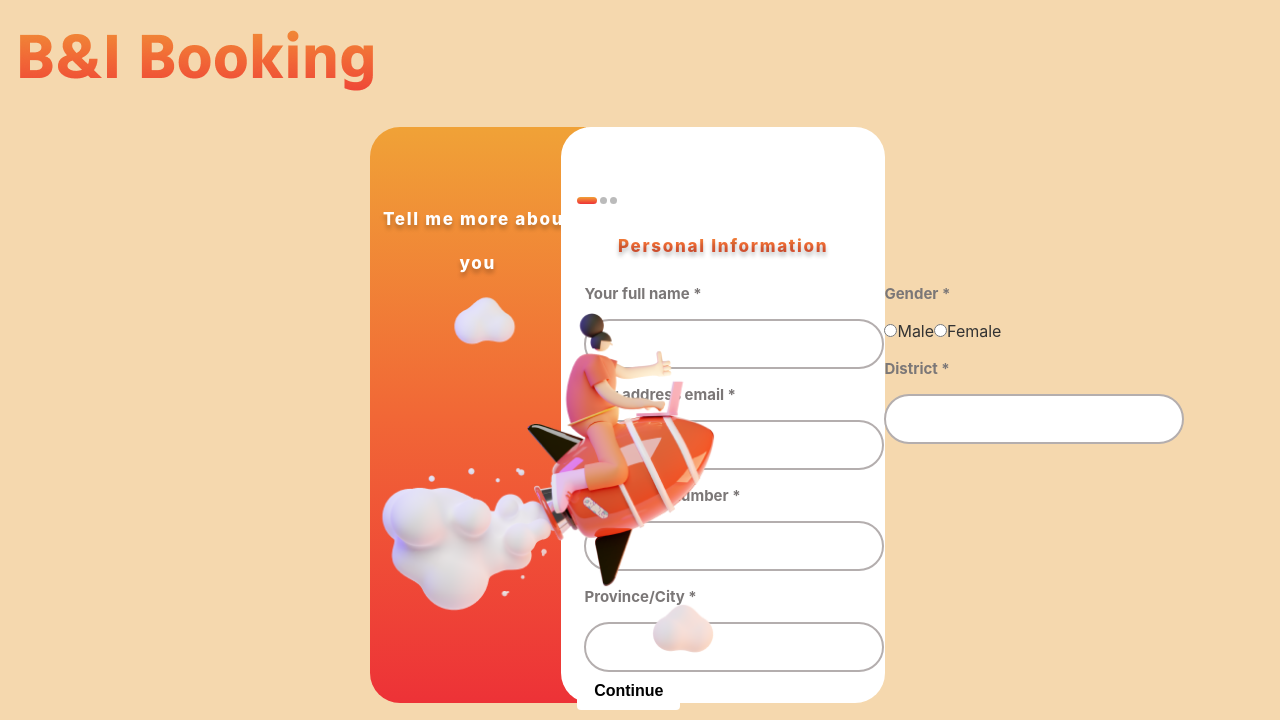
Repository: Grand-Line-PNV/FE-BIBooking
Page: /
An editor plug-in stored every save of this project. The page is shown before and after the next save, followed by the edit.
The browser window is 1280 px wide. The pictures show the whole page.
The project was rebuilt for these pictures with package versions that can differ from the ones it lists, and the page was loaded fresh each time. Also part of the build but not shown: src/App.css.

Above is the page before, as saved 2023-02-06 10:55:11.

### public/index.html
<!DOCTYPE html>
<html lang="en">

<head>
  <meta charset="utf-8" />
  <link rel="icon" href="%PUBLIC_URL%/logoBIBooking.png" />
  <meta name="viewport" content="width=device-width, initial-scale=1" />
  <meta name="theme-color" content="#000000" />
  <meta name="description" content="Web site created using create-react-app" />
  <link rel="apple-touch-icon" href="%PUBLIC_URL%/logoBIBooking.png" />
  <!--
      manifest.json provides metadata used when your web app is installed on a
      user's mobile device or desktop. See https://developers.google.com/web/fundamentals/web-app-manifest/
    -->
  <link rel="manifest" href="%PUBLIC_URL%/manifest.json" />
  <!--
      Notice the use of %PUBLIC_URL% in the tags above.
      It will be replaced with the URL of the `public` folder during the build.
      Only files inside the `public` folder can be referenced from the HTML.

      Unlike "/favicon.ico" or "favicon.ico", "%PUBLIC_URL%/favicon.ico" will
      work correctly both with client-side routing and a non-root public URL.
      Learn how to configure a non-root public URL by running `npm run build`.
    -->
  <title>B&IBooking</title>
</head>

<body>
  <noscript>You need to enable JavaScript to run this app.</noscript>
  <div id="root"></div>
  <!--
      This HTML file is a template.
      If you open it directly in the browser, you will see an empty page.

      You can add webfonts, meta tags, or analytics to this file.
      The build step will place the bundled scripts into the <body> tag.

      To begin the development, run `npm start` or `yarn start`.
      To create a production bundle, use `npm run build` or `yarn build`.
    -->
</body>

</html>

### src/App.js
import "./App.css";
import { Provider } from "react-redux";
import store from "./redux";
import { faChevronLeft } from "@fortawesome/free-solid-svg-icons";
import { FontAwesomeIcon } from "@fortawesome/react-fontawesome";
import classNames from "classnames/bind";
import Button from "./components/Button/Button";
import PersonalInformation from "../src/view/pages/Influencers/PersonalInformation/index";

const cx = classNames.bind();

function App() {
  return (
    <Provider store={store}>
      <PersonalInformation />
    </Provider>
  );
}

export default App;

### src/styles/GlobalStyles.js
import "./GlobalStyles.scss";

function GlobalStyles({ children }) {
  return children;
}
export default GlobalStyles;

### src/redux/index.js
import { configureStore } from "@reduxjs/toolkit";

const store = configureStore({
	reducer: {
	},
});

export default store;

### src/components/Button/Button.js
import classNames from "classnames/bind"
import { Link } from "react-router-dom";
import styles from './Button.module.scss'

const cx = classNames.bind(styles)

function Button({
    children,
    small=false,
    large=false,
    primary = false,
    outline = false,
    rounded= false,
    text = false,
    disabled = false,
    to, href,className,leftIcon,rightIcon, onClick, ...passProps}) {
    let Comp = 'button';
    const props = {
        onClick,
        ...passProps
    }
    //Remove event listener when btn is disabled

    if(disabled) {
        Object.keys(props).forEach(key =>{
            if(key.startsWith('on') && typeof props[key] === 'function'){
                delete props[key];
            }
        })
    }
    if(to){
        props.to = to
        Comp = Link
    }else if(href){
        props.href = href
        Comp = 'a'
    }
    const classes = cx('wrapper',{
        [className]:className,
        primary,
        outline,
        rounded,
        small,
        large,
        text,
        disabled
    })
    return (
        <Comp className={classes} {...props}>
            {leftIcon && <span className={cx('icon')}>{leftIcon}</span>}
            <span className={cx('title')}>{children}</span>
            {rightIcon && <span className={cx('icon')}>{rightIcon}</span>}

        </Comp>
    )
}

export default Button;

### src/view/pages/Influencers/PersonalInformation/index.js
import React from "react";
import classNames from "classnames/bind";
import styles from "./PersonalInformation.module.scss";
import { Logo, Saly1 } from "../../../../assets/images";
import Button from "../../../../components/Button/Button";

const cx = classNames.bind(styles);

export default function PersonalInformation() {
  return (
    <>
      <div>
        <div className={cx("personalInfor")}>
          <img
            style={{ objectFit: "cover", padding: "30px 20px" }}
            src={Logo}
            alt="LogoB&IBooking"
          />
          <div className={cx("container")}>
            <div className={cx("personalInfor-container")}>
              <div className={cx("block-left")}>
                <p className={cx("personalInfor-title")}>
                  Tell me more about you
                </p>
                <img className={cx("saly1-img")} src={Saly1} alt="Saly1" />
              </div>
              <div className={cx("block-right")}>
                <div className={cx("block-container")}>
                  <div className={cx("dots")}>
                    <span className={cx("dot", "active")}></span>
                    <span className={cx("dot")}></span>
                    <span className={cx("dot")}></span>
                  </div>
                  <div className={cx("information")}>
                    <p className={cx("information-title")}>
                      Personal Information
                    </p>
                    <form className={cx("form")}>
                      <div className={cx("form-control-left")}>
                        <div className={cx("form-group")}>
                          <label className={cx("form-label")}>Your full name *</label>
                          <input className={cx("form-input")} type="email" required />
                        </div>
                        <div className={cx("form-group")}>
                          <label className={cx("form-label")}>Your address email *</label>
                          <input className={cx("form-input")} type="email" required />
                        </div>
                        <div className={cx("form-group")}>
                          <label className={cx("form-label")}>Your phone number *</label>
                          <input className={cx("form-input")} type="email" required />
                        </div>
                        <div className={cx("form-group")}>
                          <label className={cx("form-label")}>Province/City *</label>
                          <input className={cx("form-input")} type="email" required />
                        </div>
                      </div>
                      <div className={cx("form-control-right")}>
                        <div className={cx("form-group")}>
                          <label className={cx("form-label")}>Gender *</label>
                          <div className={cx("input-radio")}>
                            <input type="radio" required />
                            <label>Male</label>
                            <input type="radio" required />
                            <label>Female</label>
                          </div>
                        </div>
                        <div className={cx("form-group")}>
                          <label className={cx("form-label")}>District *</label>
                          <input className={cx("form-input")} type="email" required />
                        </div>
                      </div>
                    </form>
                    <Button>Continue</Button>
                  </div>
                </div>
              </div>
            </div>
          </div>
        </div>
      </div>
    </>
  );
}

### src/styles/GlobalStyles.scss
:root{
    --white:  rgba(255, 255, 255, 1.0);
    --primary: #fe2c55;
    --black: #000;
    --text-color: #333;
}
*{
    margin: 0;
    padding: 0;
    box-sizing: border-box;
}
html{
    font-size:62.5%;
}
body{
    text-rendering: optimizeSpeed;
    font-family: 'ProximaNova', sans-serif;
    font-size: 1.6rem;
    line-height: 1.5;
    color: var(--text-color)
}
button, input,[tabindex]{
    outline: none;
    border: none;
}
a[href]{
    color: var(--text-color);
    text-decoration: none
}

### src/components/Button/Button.module.scss
.wrapper{
    display: inline-flex;
    align-items: center;
    justify-content: center;
    font-size: 1.6rem;
    font-weight:700;
    font-family: 'ProximaNova', sans-serif;
    min-width: 100px;
    padding: 9px 16px;
    border-radius: 4px;
    cursor: pointer;
    background-color: var(--white);
    border: 1px solid transparent;
    user-select: none;

    + .wrapper{
        margin-left:8px;
    }
    &.disabled{
        pointer-events: none;
        opacity: 0.6;
    }
}
//Button types
.rounded{
    border-radius:999px;
    border-width: 1px;
    border-style: solid;
    box-shadow: 0 2px 8px rgb(0 0 0 / 6%);
    border-color: rgba(22, 24, 35, 0.12);

    &:hover{
        border-color: rgba(22, 24, 35, 0.2);
        background-color: rgba(22, 24, 35, 0.03);
    }
}

.primary{
    color: var(--white);
    background-color: var(--primary);
    border-color: var(--primary);
    &:hover{
        border-color: var(--primary);
        background: linear-gradient(0deg, rgba(0, 0, 0, 0.06), rgba(0, 0, 0, 0.06)),#FE2C55;
    }
}
.outline{
    color: var(--primary);
    border-color: currentColor;
    &:hover{
        border-color: currentColor;
        background-color: rgba(254, 44, 85, 0.06);
    }
}
.text{
    &:hover{
        text-decoration: underline;
    }
}
//Disabled

// Button sizes
.small{
    min-width: 88px;
    padding: 4px 16px;
}
.large{
    padding: 14px 16px;
    min-width: 140px;
}
.icon + .title, .title + .icon{
    margin-left: 8px;
}
.icon{
    display: inline-block;
    width: 24px;
    text-align: center;
}

### src/view/pages/Influencers/PersonalInformation/PersonalInformation.module.scss
:root {
  // color
  --Wheat-color: #f5d8ae;
  --SonicSilver-color: #7b7777;
  --Linear-orange-color: linear-gradient(
    180deg,
    #f0a237 0%,
    #f16736 50.31%,
    #ed3237 100%
  );
  --Inter-font-family: "Inter", sans-serif;
}
.personalInfor {
  width: 100%;
  height: 100vh;
  background-color: var(--Wheat-color);
  font-family: var(--Inter-font-family);
  & .container {
    width: 65%;
    // height: 50vh;
    // background-color: white;
    margin: 0 auto;
    border-radius: 20px;
    & .personalInfor-container {
        width: 65%;
        margin: 0 auto;
      height: 80vh;
      display: flex;
      position: relative;
      & .block-left {
        width: 40%;
        background: var(--Linear-orange-color);
        text-align: center;
        border-top-left-radius: 30px;
        border-bottom-left-radius: 30px;
        & .personalInfor-title {
          padding-top: 70px;
          font-style: normal;
          font-weight: 800;
          font-size: 17px;
          line-height: 44px;
          letter-spacing: 0.1em;
          color: #ffffff;
          text-shadow: 0px 4px 4px rgba(0, 0, 0, 0.25);
        }
        & .saly1-img {
          width: 42rem;
          object-fit: cover;
          position: absolute;
          z-index: 1;
          bottom: 0;
          left: 0;
          transform: translateX(-75px);
        }
      }
      & .block-right {
        width: 60%;
        background-color: white;
        border-radius: 30px;
        transform: translateX(-25px);
        & .block-container {
          width: 90%;
          height: 65vh;
          margin: 0 auto;
          margin-top: 70px;
          position: relative;
          & .dots {
            display: flex;
            gap: 3px;
            & .dot {
              height: 7px;
              width: 7px;
              background-color: #bbb;
              border-radius: 100rem;
            }
            & .active {
              background: var(--Linear-orange-color);
              width: 20px;
            }
          }
          & .information {
            // position: relative;
            // z-index: 100;
            & .information-title {
              margin-top: 20px;
              background: linear-gradient(
                180deg,
                #f0a237 0%,
                #f16736 50.83%,
                #ed3237 100%
              );
              background-clip: text;
              color: transparent;
              font-style: normal;
              font-weight: 800;
              font-size: 17px;
              line-height: 44px;
              letter-spacing: 0.1em;
              text-shadow: 0px 4px 4px rgba(0, 0, 0, 0.25);
              text-align: center;
            }
            & .form {
              display: flex;
              //   background-color: red;
              width: 95%;
              margin: 0 auto;
              justify-content: space-between;
              & .form-control-left {
              }
              & .form-group {
                display: flex;
                flex-direction: column;
                & .form-label {
                  color: var(--SonicSilver-color);
                  font-style: normal;
                  font-weight: 700;
                  font-size: 15px;
                  line-height: 51px;
                }
                & .form-input {
                  background: #ffffff;
                  border: 2px solid #b4aeae;
                  border-radius: 99px;
                  width: 300px;
                  height: 50px;
                  font-size: 20px;
                  text-align: center;
                }
              }
            }
          }
        }
      }
    }
  }
}

### src/assets/images/index.js
import Logo from "./LogoB&IBooking.png";
import Saly1 from "./Saly1.png";

export { Logo, Saly1 };

Loaded but not shown: src/index.js (common file); src/index.css (common file); src/reportWebVitals.js (common file)

After the next save:
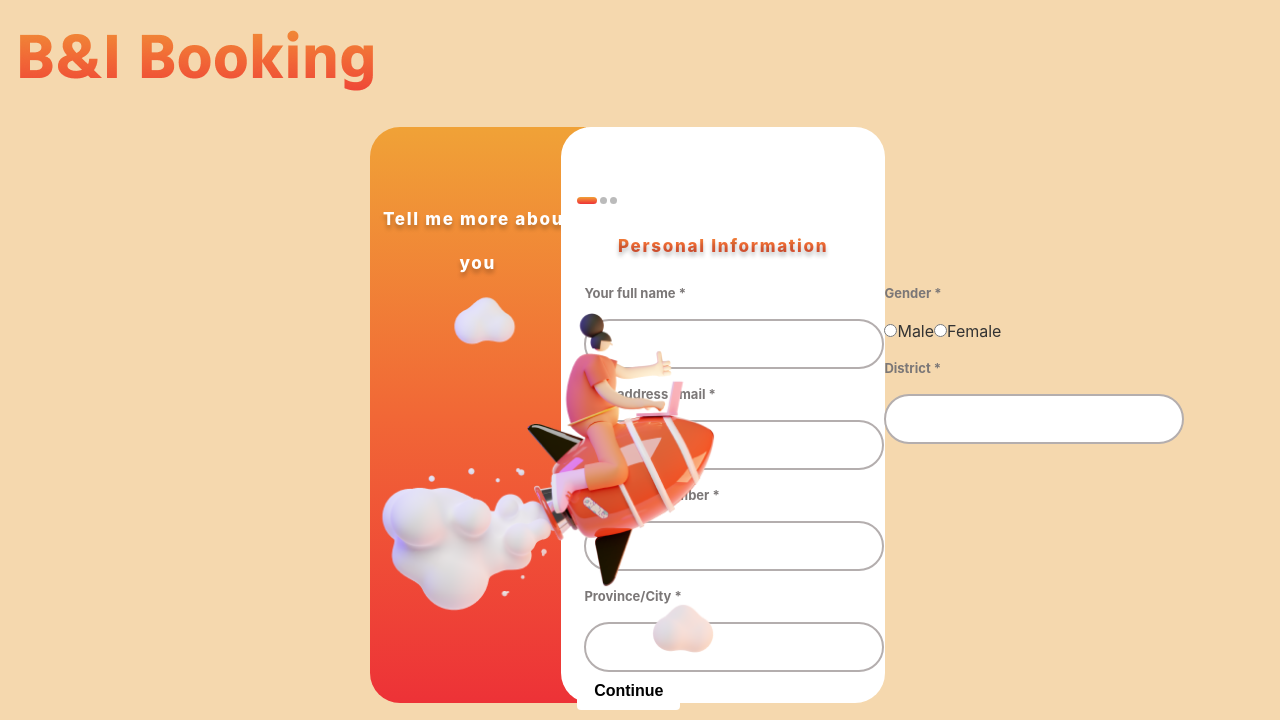
Saved 3 min 41 s later.
--- a/src/view/pages/Influencers/PersonalInformation/PersonalInformation.module.scss
+++ b/src/view/pages/Influencers/PersonalInformation/PersonalInformation.module.scss
@@ -114,7 +114,7 @@
                   color: var(--SonicSilver-color);
                   font-style: normal;
                   font-weight: 700;
-                  font-size: 15px;
+                  font-size: 13px;
                   line-height: 51px;
                 }
                 & .form-input {
